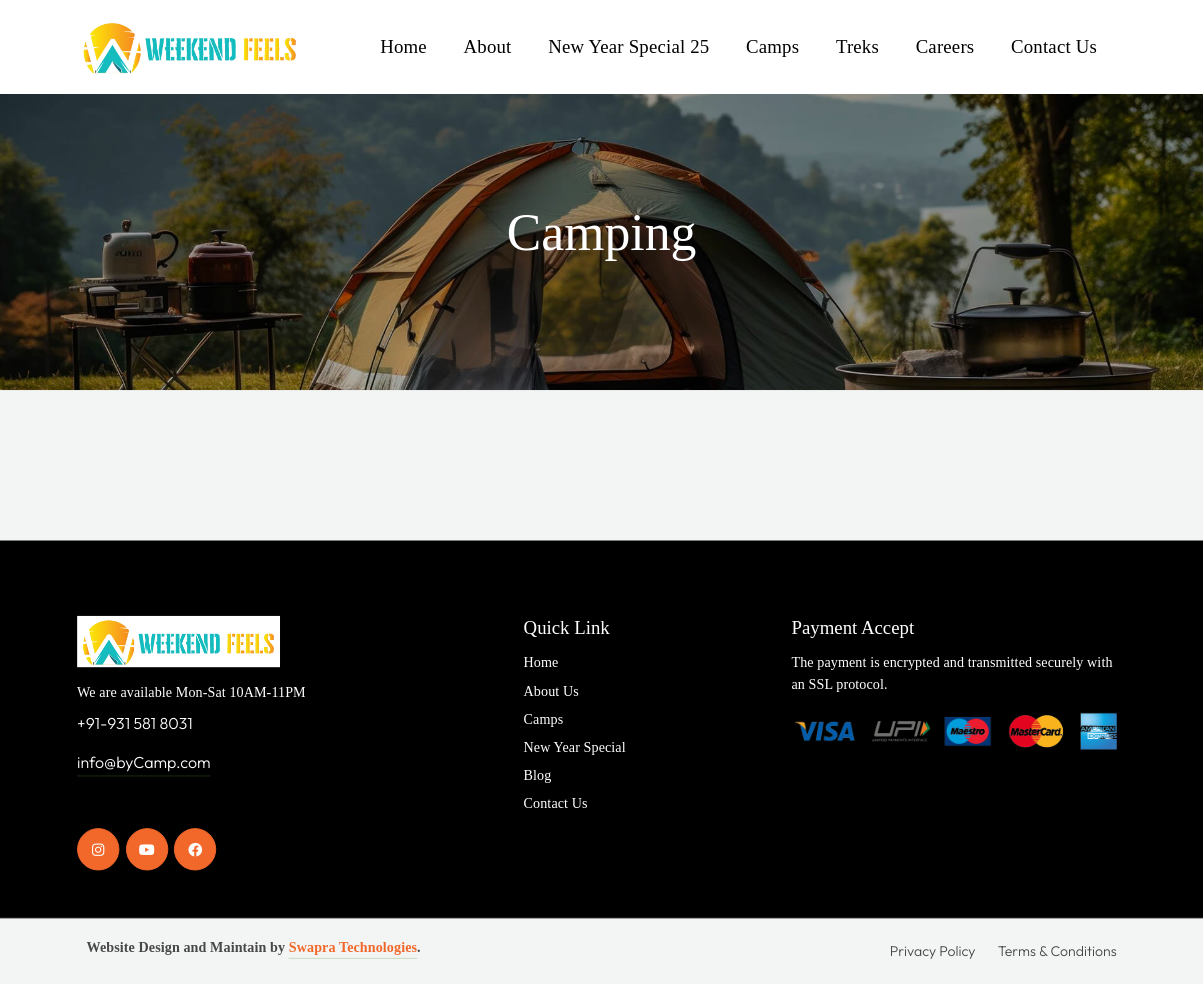
Repository: ruturajsurwase/Thymleaf-Projects
Page: http://localhost/camp
These files come from the project's save history. The page is drawn as it stood at one moment and after the next save; the edit follows.
The browser window is 1280 px wide. The pictures show the whole page, at 94% of full size.
Backgrounds fixed to the window are drawn as part of the page. Some web fonts or font styles are not loaded; a fallback is used. The page is this project's Thymeleaf template; nobody is signed in. The template is opened directly, without the code that normally fills it, so the values that code supplies are empty.

Above is the page before, as saved 2024-12-16 04:29:02.

### WEEKENDFEELS/src/main/resources/templates/camp.html
<!DOCTYPE html>
<html xmlns:th="http://www.thymeleaf.org">


<head>
    <meta charset="utf-8">
    <meta http-equiv="X-UA-Compatible" content="IE=edge" />
    <meta name="viewport" content="width=device-width, initial-scale=1, maximum-scale=1" />
    <title>10+ Camping Location Near Pune And Mumbai</title>
    <link rel="shortcut icon" href="img/favicon.png" />
    <link href="https://fonts.googleapis.com/css2?family=Outfit:wght@300;400;500;600;700&amp;display=swap" rel="stylesheet">
    <link href="https://fonts.cdnfonts.com/css/otomanopee-one" rel="stylesheet">
    <link rel="stylesheet" href="css/plugins.css" />
    <link rel="stylesheet" href="css/style.css" />
</head>

<body>
    <!-- Preloader -->
    <div class="preloader-bg"></div>
    <div id="preloader">
        <div id="preloader-status">
            <div class="preloader-position loader"> <span></span> </div>
        </div>
    </div>
    <!-- Progress scroll totop -->
    <div class="progress-wrap cursor-pointer">
        <svg class="progress-circle svg-content" width="100%" height="100%" viewBox="-1 -1 102 102">
            <path d="M50,1 a49,49 0 0,1 0,98 a49,49 0 0,1 0,-98" />
        </svg>
    </div>
    <!-- Navbar -->


      <!-- Header section-->
    <nav class="navbar navbar-expand-lg">
        <div class="container">
            <!-- Logo -->
            <div class="logo-wrapper">
                <a class="" href="#"> <img src="img/logo1.webp" class="logo-img" alt=""> </a>
                <!-- <div class="logo"><h2>by<span>Camp</span></h2></div> -->
            </div>
            <!-- Button -->
            <button class="navbar-toggler" type="button" data-bs-toggle="collapse" data-bs-target="#navbar"
                aria-controls="navbar" aria-expanded="false" aria-label="Toggle navigation"> <span
                    class="navbar-toggler-icon"><i class="fa-light fa-bars"></i></span> </button>
            <!-- Menu -->
            <div class="collapse navbar-collapse" id="navbar">
                <ul class="navbar-nav mx-auto">

                    <li class="nav-item"><a class="nav-link" href="/index">Home</a></li>
                    <li class="nav-item"><a class="nav-link" href="/about">About</a></li>
                    <li class="nav-item"><a class="nav-link" href="/newyear">New Year Special 25</a></li>
                    <li class="nav-item"><a class="nav-link" href="/camp">Camps</a></li>
                    <li class="nav-item"><a class="nav-link" href="/trek">Treks</a></li>
				 <!--    <li class="nav-item"><a class="nav-link" href="/blog">Blog</a></li> -->
                    <li class="nav-item"><a class="nav-link" href="/career">Careers</a></li>
                    <li class="nav-item"><a class="nav-link" href="/contact">Contact Us</a></li>

			  </ul>

            </div>
        </div>
    </nav>

    <!-- Header Section End  -->

    <!-- Header Banner -->
    <div class="banner-header section-padding valign bg-img bg-fixed" data-overlay-dark="3" data-background="img/slider/08.jpg">
        <div class="container">
            <div class="row">
                <div class="col-md-12 text-center">
                    <h3>Camping</h3>
                </div>
            </div>
        </div>
    </div>


     <section class="activities1 section-padding bg-gray" style="padding: 80px 0px">
        <div class="container">
            <div class="row">
                <div th:each="accommodation : ${accommodations}" class="col-lg-4 col-md-6 mb-45">
                    <div class="item">
                        <img th:src="@{${accommodation.imageUrl}}" class="img-fluid" alt="Accommodation">
                        <div class="cont">
                            <div class="text">
                                <h5 th:text="${accommodation.name}"></h5>
                                 <p>
                                    <i class="fa fa-calendar" style="font-size: 12px; margin-right: 8px; color: #14bdbf;"></i>
                                    <span class="current-date"></span>
                                </p>
                                <p>
                                    <i class="fa fa-map-marker" style="font-size: 13px; margin-right: 8px; color: #14bdbf;"></i>
                                    <span th:text="${accommodation.location}"></span>
                                    <span style="margin-left: 48px;">
                                        <i class="fa fa-clock" style="font-size: 13px; margin-right: 6px; color: #14bdbf;"></i>
                                        <span th:text="${accommodation.duration}"></span>
                                    </span>
                                </p>
                                <p style="font-size: 21px; color: red;">
                                    <span style="text-decoration: line-through;" th:text="${accommodation.originalPrice}"></span>
                                    <span style="color:black; font-size: 15px; margin-left: 3px; background: #f2cc00; padding: 1px 10px; border-radius: 7px;" th:text="${accommodation.discount}"></span>
                                </p>
                                <div style="display: flex; justify-content: space-between; margin-top:6px;">
                                    <h3 style="color: #008f00;" th:text="${accommodation.discountedPrice} + ' Onwards'"></h3>
                                    <div>
                                        <a href="#" class="button-1 mb-30 mt-20" style="padding: 5px 29px;"> <span>Know More</span></a>
                                    </div>
                                </div>
                            </div>
                        </div>
                    </div>
                </div>
            </div>
        </div>
    </section>


     <!-- Footer -->
  <footer class="footer" style="background: black;">
        <!-- top -->
        <div class="top">
            <div class="container">
                <div class="row">
                    <div class="col-md-4 mb-30">
                        <div class="item">
                            <div class="logo"><img src="img/logo1.webp" alt="" style="background: #fff; width: 166%;">
                            </div>
                            <p>We are available Mon-Sat 10AM-11PM</p>
                            <div class="phone" style="color: #fff;"><a href="tel:+12345678910"> +91-931 581 8031</a></div>
                            <div class="mail" style="color: #fff;"><a href="mailto:info@byCamp.com">info@byCamp.com</a>
                            </div>
                            <div class="social-icons" style="margin-top: 45px;">
                                <ul class="list-inline">
                                    <li><a href="#"><i class="fa-brands fa-instagram"></i></a></li>
                                    <li><a href="#"><i class="fa-brands fa-youtube"></i></a></li>
                                    <li><a href="#"><i class="fa-brands fa-facebook"></i></a></li>
                                </ul>
                            </div>
                        </div>
                    </div>
                    <div class="col-md-3 offset-md-1 mb-30">
                        <div class="item">
                            <h3>Quick Link</h3>
                            <p>Home</p>
                            <p>About Us</p>
                            <p>Camps</p>
                            <p>New Year Special</p>
                            <p>Blog</p>
                            <p>Contact Us</p>
                        </div>
                    </div>
                    <div class="col-md-4 mb-30">
                        <div class="item">
                            <h3>Payment Accept</h3>
                            <p>The payment is encrypted and transmitted securely with an SSL protocol.</p>
                            <div class="newsletter">
                                <div class=""><img src="img/slider/payments.png" alt=""></div>
                            </div>
                        </div>
                    </div>
                </div>
            </div>
        </div>
        <!-- bottom -->
        <div class="bottom">
            <div class="container">
                <div class="row">
                    <div class="col-lg-5 col-md-12">
                        <p class="mb-0" style="    font-size: 15px;font-weight: 600;">Website Design and Maintain by <a href="#" style="color: #f2682a;">Swapra Technologies</a>.
                        </p>
                    </div>
                    <div class="col-lg-7 col-md-12">
                        <div class="links">
                            <ul>
                                <li><a href="#">Privacy Policy</a></li>
                                <li><a href="#">Terms &amp; Conditions</a></li>
                            </ul>
                        </div>
                    </div>
                </div>
            </div>
        </div>
    </footer>
    <!-- Popup - Book An Appointment -->
    <div class="modal fade" id="exampleModal" tabindex="-1" aria-labelledby="exampleModalLabel" aria-hidden="true">
        <div class="modal-dialog modal-lg">
            <div class="modal-content">
                <div class="modal-header">
                    <h5 class="modal-title" id="exampleModalLabel">Book A Place</h5>
                    <button type="button" class="btn-close" data-bs-dismiss="modal" aria-label="Close"></button>
                </div>
                <div class="modal-body">
                    <div class="booking-inner clearfix">
                        <form method="post" action="#0" class="form1 clearfix">
                            <div class="row">
                                <div class="col-lg-6 col-md-12">
                                    <input name="name" type="text" placeholder="Full Name" required>
                                </div>
                                <div class="col-lg-6 col-md-12">
                                    <input name="email" type="email" placeholder="Email Address" required>
                                </div>
                                <div class="col-lg-6 col-md-12">
                                    <input name="phone" type="text" placeholder="Contact Number" required>
                                </div>
                                <div class="col-lg-6 col-md-12">
                                    <div class="select1_wrapper">
                                        <label>Reservation Type</label>
                                        <div class="select1_inner">
                                            <select class="select2 select" style="width: 100%">
                                                <option value="0">Reservation Type</option>
                                                <option value="1">Private Cottage</option>
                                                <option value="2">Tents With Territory</option>
                                                <option value="3">Compact Trailers</option>
                                            </select>
                                        </div>
                                    </div>
                                </div>
                                <div class="col-lg-6 col-md-12">
                                    <div class="input1_wrapper">
                                        <label>Check In</label>
                                        <div class="input1_inner">
                                            <input type="text" class="form-control input datepicker"
                                                placeholder="Check In" required>
                                        </div>
                                    </div>
                                </div>
                                <div class="col-lg-6 col-md-12">
                                    <div class="input1_wrapper">
                                        <label>Check Out</label>
                                        <div class="input1_inner">
                                            <input type="text" class="form-control input datepicker"
                                                placeholder="Check Out" required>
                                        </div>
                                    </div>
                                </div>
                                <div class="col-lg-12 col-md-12 form-group">
                                    <textarea name="message" id="message" cols="30" rows="4"
                                        placeholder="Additional Note"></textarea>
                                </div>

                                <div class="col-lg-7 col-md-12">
                                    <p style="line-height: 1.3em;"><small><i class="fa-solid fa-circle-info"></i> We are
                                            committed to protecting your privacy. We will never collect information
                                            about you without your explicit consent.</small></p>
                                </div>
                                <div class="col-lg-5 col-md-12 text-end">
                                    <button type="submit"><i class="fa-light fa-calendar-check mr-5"></i> Book Your Stay
                                        Now</button>
                                </div>

                            </div>
                        </form>
                    </div>
                </div>
            </div>
        </div>
    </div>
			<script>
                    // Get current date
                    const today = new Date();
                    const options = {
                        day: 'numeric',
                        month: 'long',
                        year: 'numeric'
                    };
                    const formattedDate = today.toLocaleDateString('en-US', options);

                    // Apply date to all elements with the class 'current-date'
                    const dateElements = document.querySelectorAll('.current-date');
                    dateElements.forEach((element) => {
                        element.textContent = formattedDate;
                    });
                </script>
    <!-- jQuery -->
    <script src="js/jquery-3.7.1.min.js"></script>
    <script src="js/jquery-migrate-3.5.0.min.js"></script>
    <script src="js/modernizr-2.6.2.min.js"></script>
    <script src="js/imagesloaded.pkgd.min.js"></script>
    <script src="js/jquery.isotope.v3.0.2.js"></script>
    <script src="js/popper.min.js"></script>
    <script src="js/bootstrap.min.js"></script>
    <script src="js/scrollIt.min.js"></script>
    <script src="js/jquery.waypoints.min.js"></script>
    <script src="js/owl.carousel.min.js"></script>
    <script src="js/jquery.stellar.min.js"></script>
    <script src="js/jquery.magnific-popup.js"></script>
    <script src="js/YouTubePopUp.js"></script>
    <script src="js/select2.js"></script>
    <script src="js/datepicker.js"></script>
    <script src="js/smooth-scroll.min.js"></script>
    <script src="js/custom.js"></script>
</body>

</html>

### WEEKENDFEELS/src/main/resources/static/css/plugins.css
/* ----------------------------------------------------------------
			[ All Css Plugins & Helper Classes File ]
-----------------------------------------------------------------*/

/* == bootstrap == */
@import url("plugins/bootstrap.min.css");

/* == owl.carousel == */
@import url("plugins/owl.carousel.min.css");
@import url("plugins/owl.theme.default.min.css");

/* == animate css == */
@import url("plugins/animate.min.css");

/* == themify & flaticon icons ==*/
@import url("plugins/themify-icons.css");
@import url("plugins/flaticon.css");
@import url("plugins/font-awesome-pro.css");

/* == magnific-popup gallery  == */
@import url("plugins/magnific-popup.css");

/* == YouTubePopUp == */
@import url("plugins/YouTubePopUp.css");

/* == for booking css == */
@import url("plugins/select2.css");
@import url("plugins/datepicker.css");

/* == Vegas Slider == */
@import url("plugins/vegas.slider.min.css");

Loaded but not shown: WEEKENDFEELS/src/main/resources/static/js/jquery-3.7.1.min.js (library); WEEKENDFEELS/src/main/resources/static/js/jquery-migrate-3.5.0.min.js (library); WEEKENDFEELS/src/main/resources/static/css/plugins/bootstrap.min.css (library); WEEKENDFEELS/src/main/resources/static/css/plugins/owl.carousel.min.css (library); WEEKENDFEELS/src/main/resources/static/css/plugins/owl.theme.default.min.css (common file); WEEKENDFEELS/src/main/resources/static/css/plugins/animate.min.css (library); WEEKENDFEELS/src/main/resources/static/css/plugins/themify-icons.css (library); WEEKENDFEELS/src/main/resources/static/css/plugins/flaticon.css (library); WEEKENDFEELS/src/main/resources/static/css/plugins/font-awesome-pro.css (library); WEEKENDFEELS/src/main/resources/static/css/plugins/magnific-popup.css (library); WEEKENDFEELS/src/main/resources/static/css/plugins/YouTubePopUp.css (library); WEEKENDFEELS/src/main/resources/static/css/plugins/select2.css (library); WEEKENDFEELS/src/main/resources/static/css/plugins/datepicker.css (common file); WEEKENDFEELS/src/main/resources/static/css/plugins/vegas.slider.min.css (library); WEEKENDFEELS/src/main/resources/static/js/modernizr-2.6.2.min.js (library); WEEKENDFEELS/src/main/resources/static/js/imagesloaded.pkgd.min.js (library); WEEKENDFEELS/src/main/resources/static/js/jquery.isotope.v3.0.2.js (library); WEEKENDFEELS/src/main/resources/static/js/popper.min.js (library); WEEKENDFEELS/src/main/resources/static/js/bootstrap.min.js (library); WEEKENDFEELS/src/main/resources/static/js/scrollIt.min.js (common file); WEEKENDFEELS/src/main/resources/static/js/jquery.waypoints.min.js (library); WEEKENDFEELS/src/main/resources/static/js/owl.carousel.min.js (library); WEEKENDFEELS/src/main/resources/static/js/jquery.stellar.min.js (library); WEEKENDFEELS/src/main/resources/static/js/jquery.magnific-popup.js (library); WEEKENDFEELS/src/main/resources/static/js/smooth-scroll.min.js (library); WEEKENDFEELS/src/main/resources/static/js/select2.js (5847 lines, source omitted); WEEKENDFEELS/src/main/resources/static/js/datepicker.js (2062 lines, source omitted); WEEKENDFEELS/src/main/resources/static/js/custom.js (499 lines, source omitted); WEEKENDFEELS/src/main/resources/static/js/YouTubePopUp.js (1 lines, source omitted); WEEKENDFEELS/src/main/resources/static/css/style.css (5380 lines, source omitted)

After the next save:
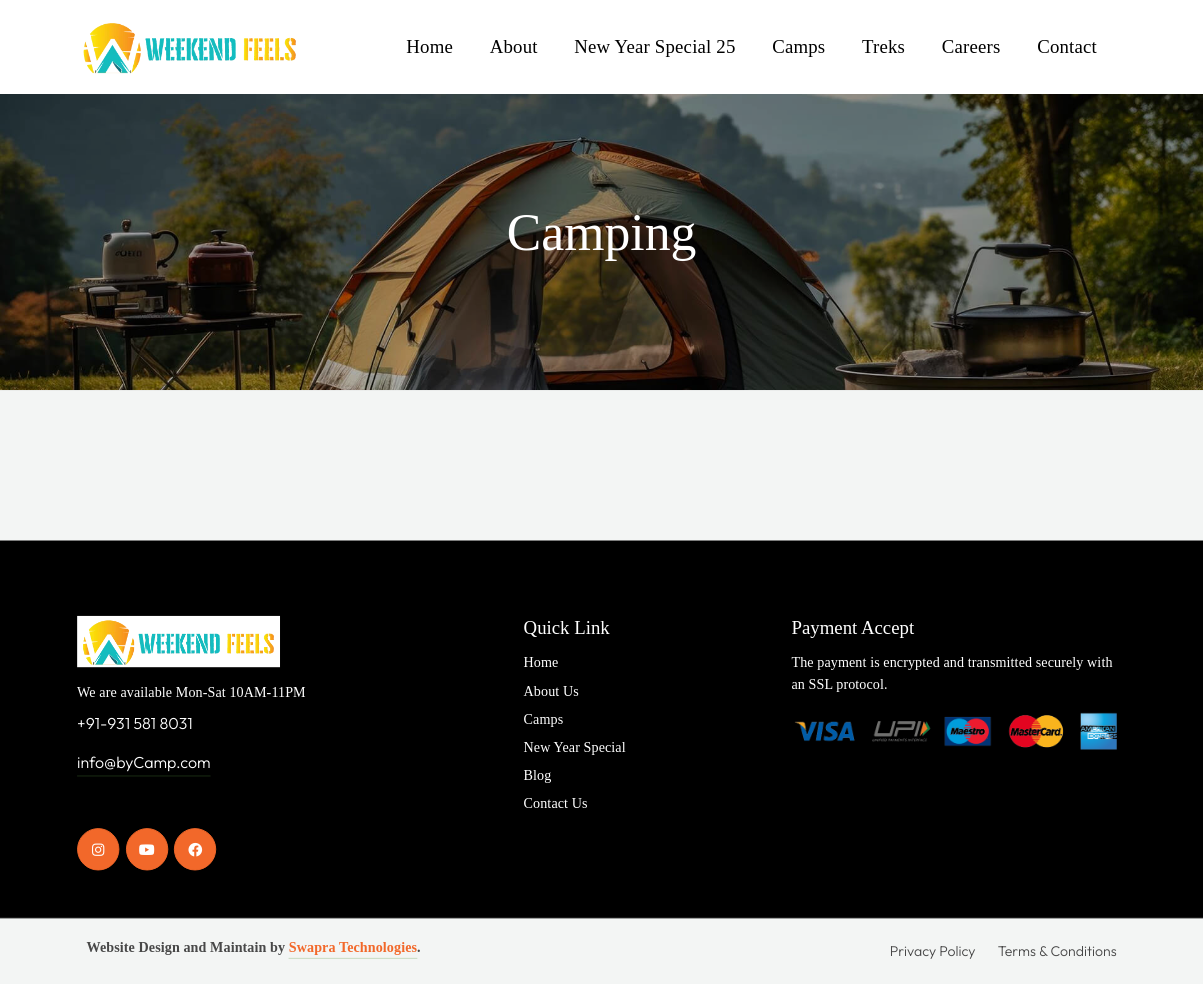
Saved 5 s later.
--- a/WEEKENDFEELS/src/main/resources/templates/camp.html
+++ b/WEEKENDFEELS/src/main/resources/templates/camp.html
@@ -54,7 +54,7 @@
                     <li class="nav-item"><a class="nav-link" href="/trek">Treks</a></li>
 				 <!--    <li class="nav-item"><a class="nav-link" href="/blog">Blog</a></li> -->
                     <li class="nav-item"><a class="nav-link" href="/career">Careers</a></li>
-                    <li class="nav-item"><a class="nav-link" href="/contact">Contact Us</a></li>
+                    <li class="nav-item"><a class="nav-link" href="/contact">Contact</a></li>
 
 			  </ul>
 
